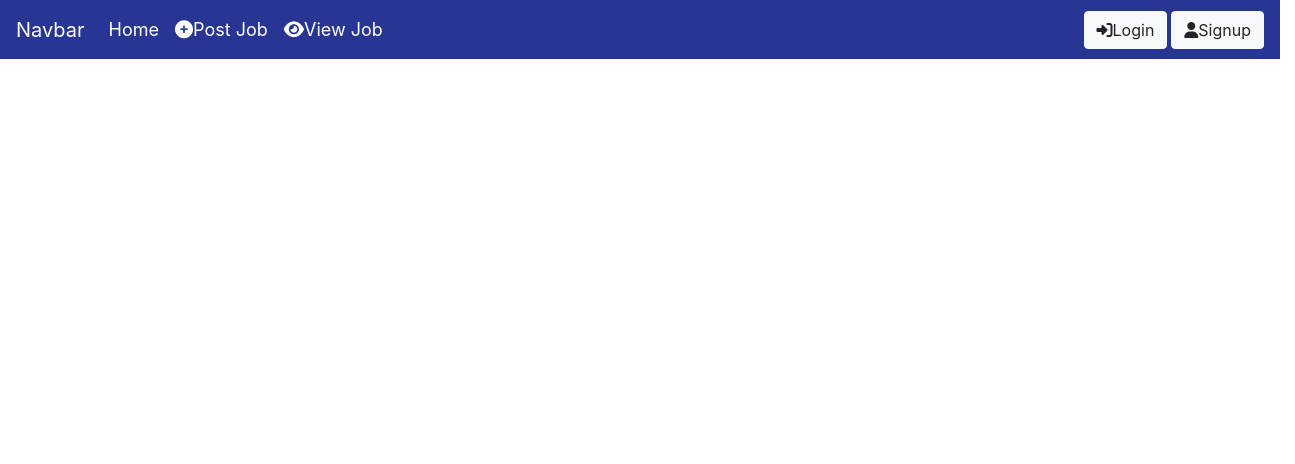
Repository: Pankaj08072001/Adv_Java
Page: http://localhost/06_Job_portal_Project/Signup.jsp
These files come from the project's save history. The page is drawn as it stood at one moment and after the next save; the edit follows.
The browser window is 1280 px wide. The page is 1280 px wide, then 1295 px, so the pictures cover 1295 px, including what lies to the right of the window. The pictures show the whole page.
Some web libraries are served in a nearby version. The page is served by Tomcat 9.

Above is the page before, as saved 2025-03-13 19:55:43.

After the next save:
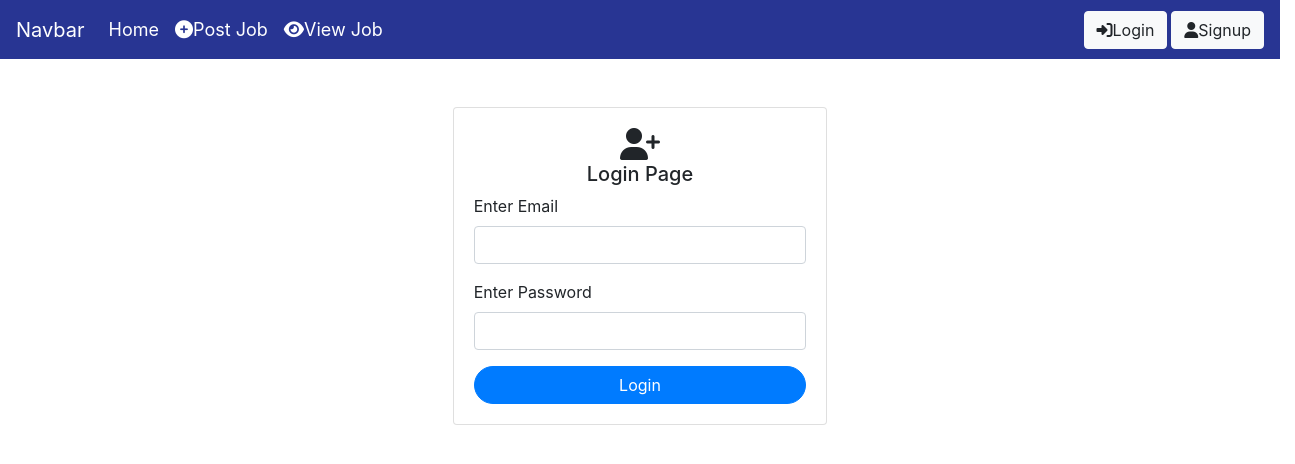
Saved 60 s later.
--- a/06_Job_portal_Project/src/main/webapp/Signup.jsp
+++ b/06_Job_portal_Project/src/main/webapp/Signup.jsp
@@ -1,5 +1,5 @@
 <%@ page language="java" contentType="text/html; charset=UTF-8"
-    pageEncoding="UTF-8"%>
+	pageEncoding="UTF-8"%>
 <!DOCTYPE html>
 <html>
 <head>
@@ -9,7 +9,43 @@
 
 </head>
 <body>
-<%@include file="All_component/Navbar.jsp" %>
+	<%@include file="All_component/Navbar.jsp"%>
+
+	<div class="continer-fluid">
+		<div class="row p-5">
+			<div class="col-md-4 offset-md-4">
+				<div class="card">
+					<div class="card-body">
+						<div class="text-center">
+							<i class="fa fa-user-plus fa-2x" aria-hidden="true"></i>
+							<h5>Login Page</h5>
+						</div>
+						<%--  <c:if test= "${not empty succMsg}">
+						<h4 class="text-center text-danger"> ${succMsg }</h4>
+						</c:if>
+						--%>
+
+						<form action="Login" method="post">
+							<div class="form-group">
+								<label>Enter Email</label><input type="email"
+									required="required" class="form-control"
+									id="exampleInputEmail1" aria-describedby="emailHelp" name="em">
+							</div>
+							<div class="form-group">
+								<label>Enter Password</label><input type="password"
+									required="required" class="form-control"
+									id="exampleInputEmail1" name="ps">
+							</div>
+							<button class="btn btn-primary badge-pill btn-block"
+								type="submit">Login</button>
+						</form>
+
+					</div>
+				</div>
+			</div>
+		</div>
+
+	</div>
 
 </body>
 </html>
